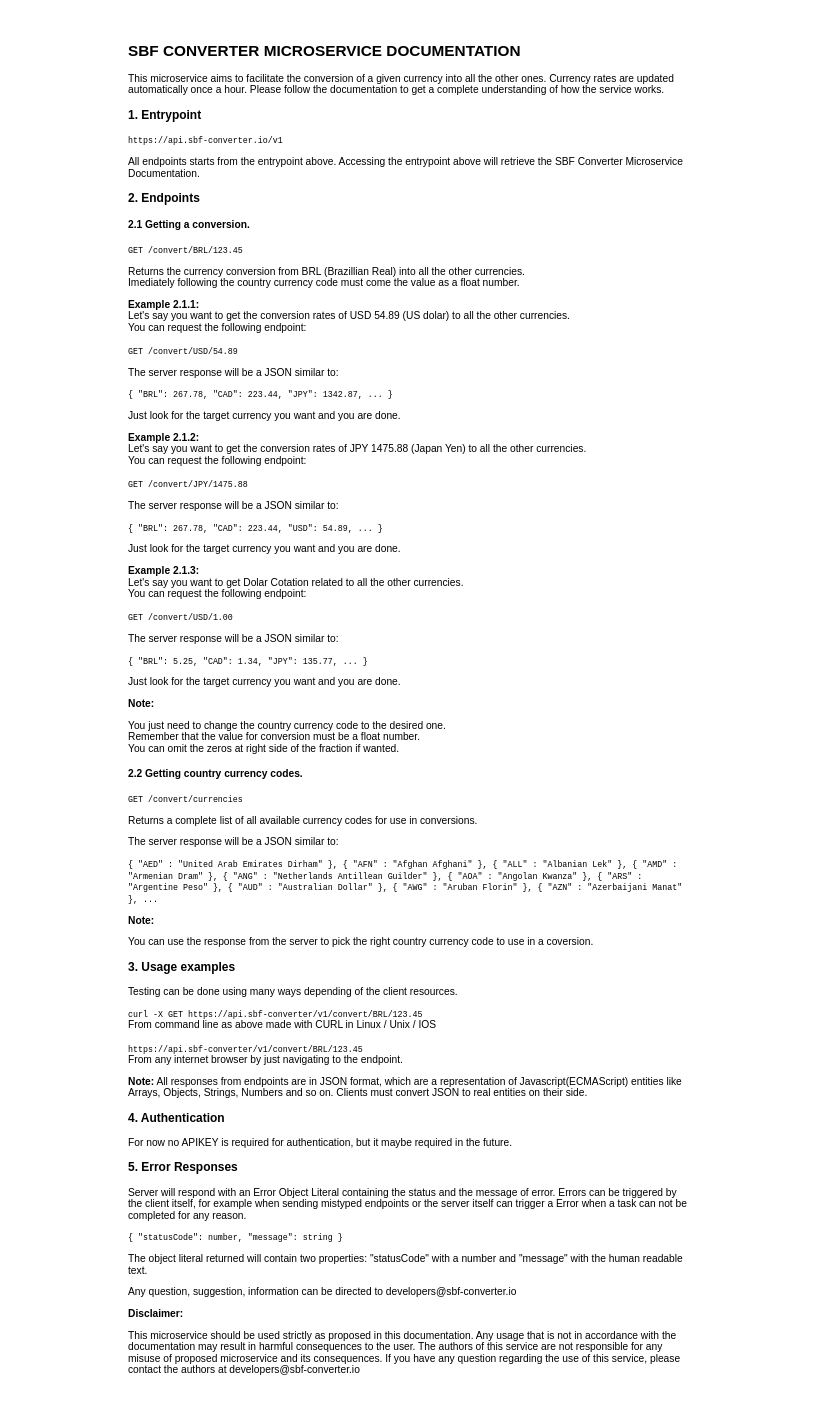
Repository: miguelamello/nestjs-restful-api
Page: documentation.html
An editor plug-in stored every save of this project. The page is shown before and after a run of saves, followed by the edit.
The browser window is 1280 px wide. The pictures show the whole page, at 64% of full size.

Above is the page before, as saved 2023-03-23 11:29:50.

After the next 6 saves:
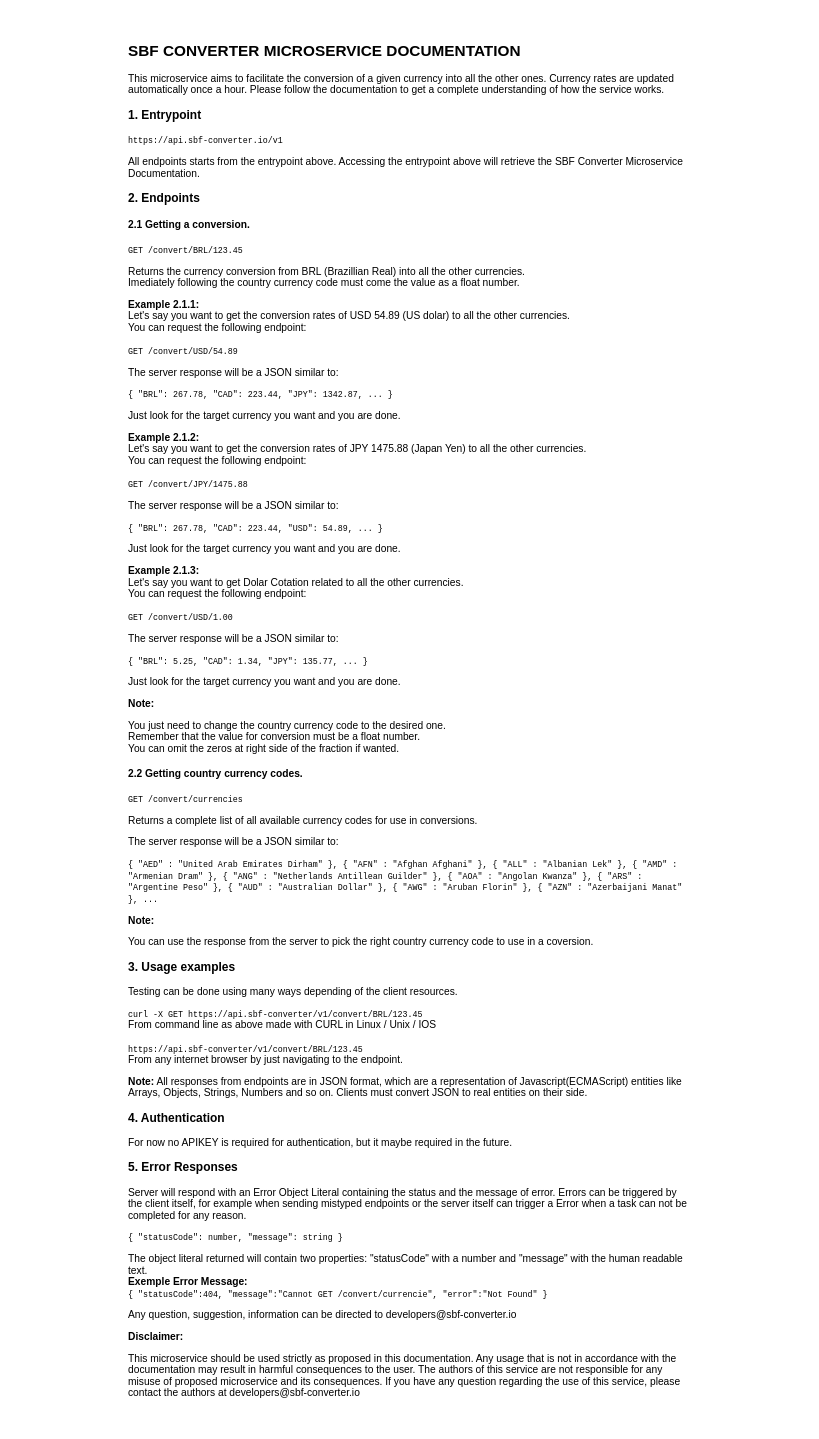
The 6 saves are shown as one change because they came seconds apart.
The last was saved 15 s later.
--- a/documentation.html
+++ b/documentation.html
@@ -144,7 +144,10 @@
       The object literal returned will contain two properties:
       "statusCode" with a number and "message" with the human readable text.
     </div>
-    <div><b></b></div>
+    <div><b>Exemple Error Message:</b></div>
+    <code>
+      { "statusCode":404, "message":"Cannot GET /convert/currencie", "error":"Not Found" }
+    </code>
   </p>
 
 

After the save that followed:
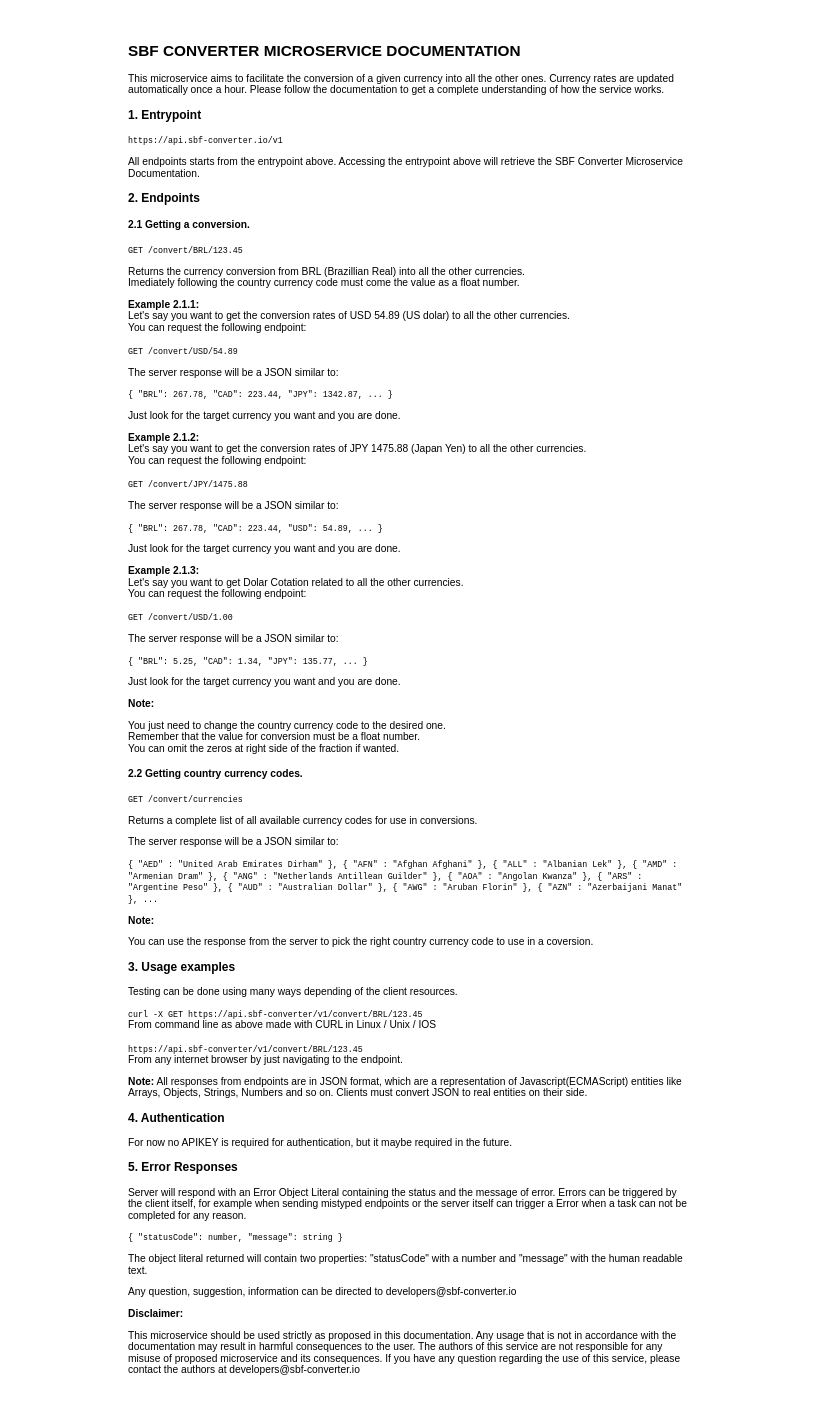
Saved 24 s later.
--- a/documentation.html
+++ b/documentation.html
@@ -144,10 +144,6 @@
       The object literal returned will contain two properties:
       "statusCode" with a number and "message" with the human readable text.
     </div>
-    <div><b>Exemple Error Message:</b></div>
-    <code>
-      { "statusCode":404, "message":"Cannot GET /convert/currencie", "error":"Not Found" }
-    </code>
   </p>
 
 
